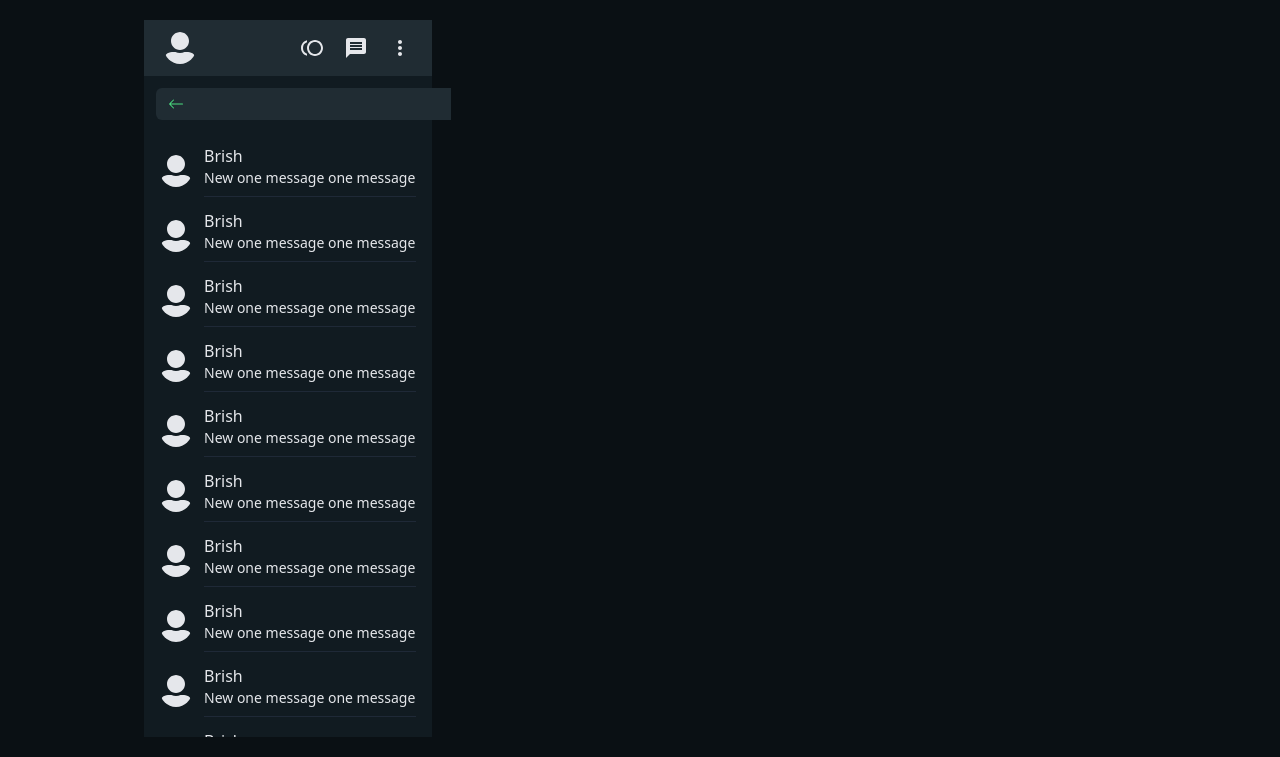
Repository: satya-ranjon/whatsapp-clone-dev
Page: /
An editor plug-in stored every save of this project. The page is shown before and after the next save, followed by the edit.
The browser window is 1280 px wide. The pictures show the whole page.
The project was rebuilt for these pictures with package versions that can differ from the ones it lists, and the page was loaded fresh each time.

Above is the page before, as saved 2022-04-09 07:24:52.

After the next save:
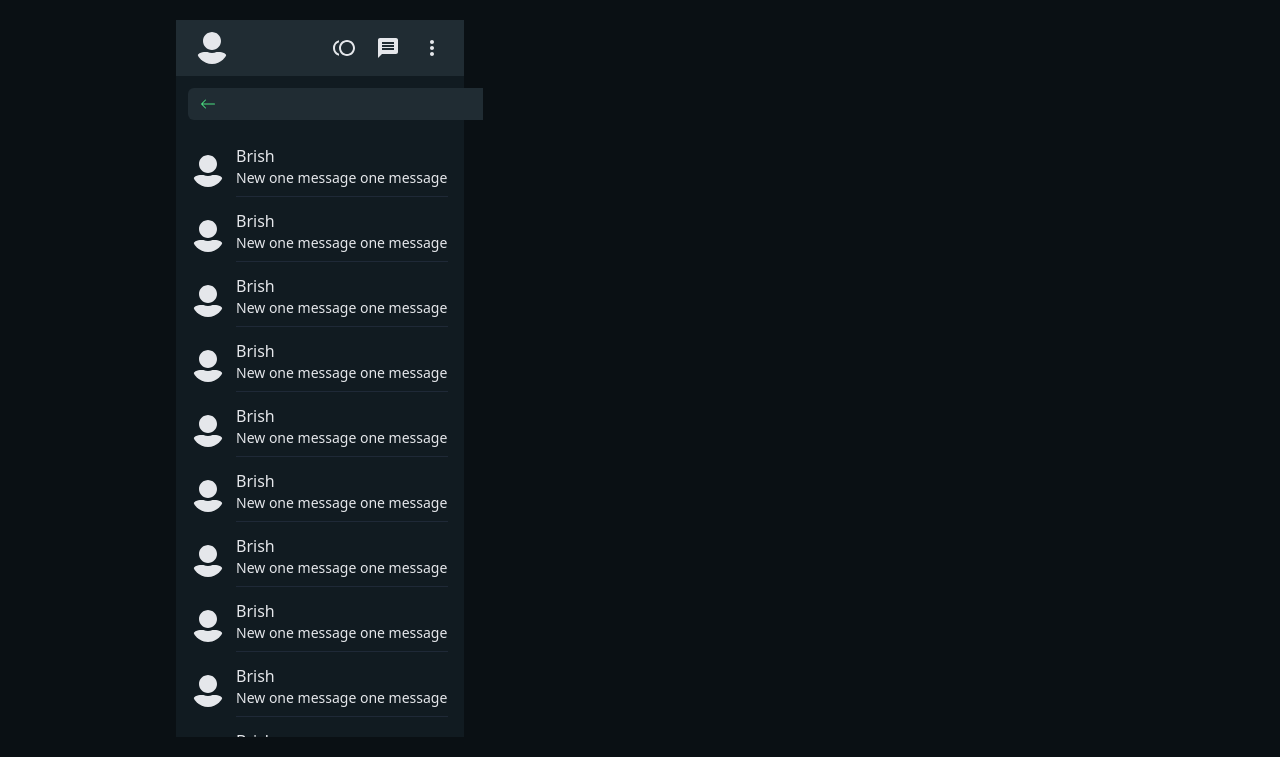
Saved 72 s later.
--- a/src/App.js
+++ b/src/App.js
@@ -2,7 +2,7 @@ import SideBar from "./Components/SideBar";
 
 function App() {
   return (
-    <div className="lg:p-5 lg:px-36 bg-[#0a1014]">
+    <div className="lg:p-5 lg:px-44 bg-[#0a1014]">
       <SideBar />
     </div>
   );
